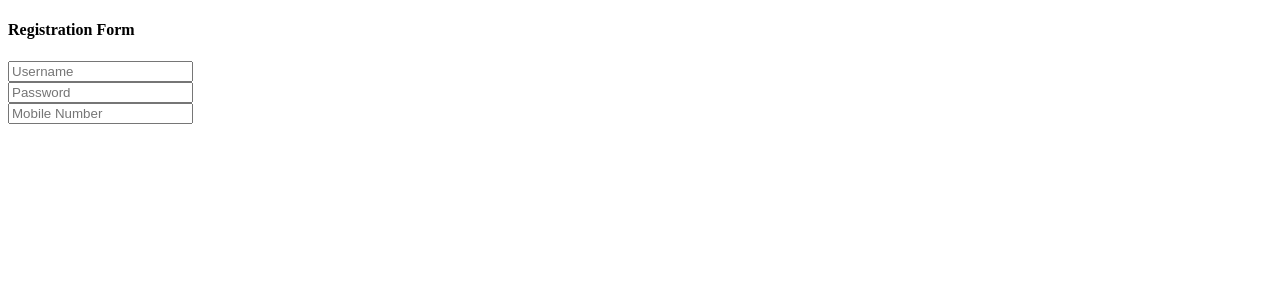
Repository: Shreyash1107/Web_Projects
Page: http://localhost/AlumnieventmanagementApplication/Register.jsp
The author's editor kept a copy of each file at every save. The page is drawn from the files as they stood at one save, then again after a run of saves.
The browser window is 1280 px wide. The pictures show the whole page.
The page is served by Tomcat 9. Nobody is signed in. The application's start-up code is not run.

Above is the page before, as saved 2024-07-21 06:51:19.

After the next 3 saves:
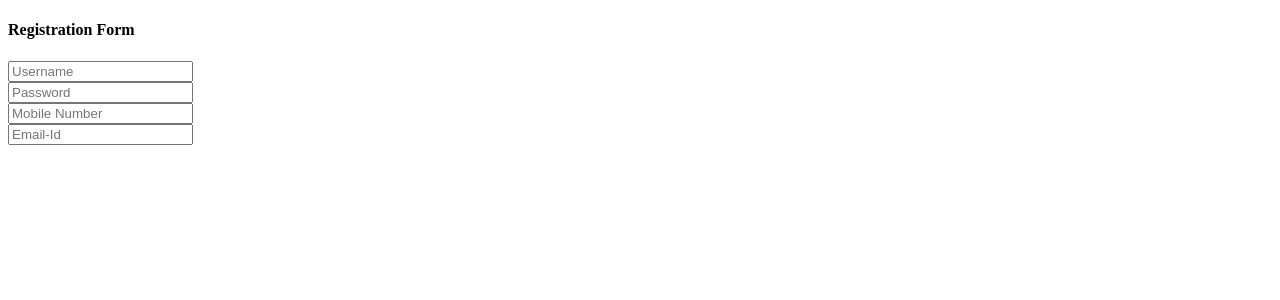
The 3 saves are shown as one change because they came seconds apart.
The last was saved 20 s later.
--- a/AlumnieventmanagementApplication/src/main/webapp/Register.jsp
+++ b/AlumnieventmanagementApplication/src/main/webapp/Register.jsp
@@ -20,7 +20,10 @@
 			<input type='contact' name='Contact' value=''
 				placeholder='Mobile Number'/>
 		</div>
-
+		<div class='menu'>
+			<input type='email' name='Email-Id' value=''
+					placeholder='Email-Id'/>
+		</div>
 	</div>
 </body>
 </html>

After the 3 saves that followed:
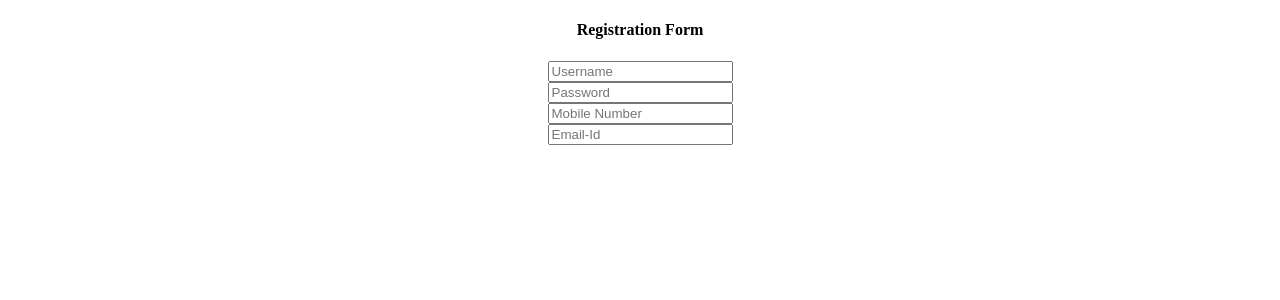
The 3 saves are shown as one change because 2 left the picture as it was.
The last was saved 78 s later.
--- a/AlumnieventmanagementApplication/src/main/webapp/Register.jsp
+++ b/AlumnieventmanagementApplication/src/main/webapp/Register.jsp
@@ -7,6 +7,8 @@
 <title>Insert title here</title>
 </head>
 <body>
+<form>
+<center>
 	<div class='container'>
 		<h4>Registration Form</h4>
 		<div class='wrapper'>
@@ -25,5 +27,7 @@
 					placeholder='Email-Id'/>
 		</div>
 	</div>
+	</center>
+	</form>
 </body>
 </html>
